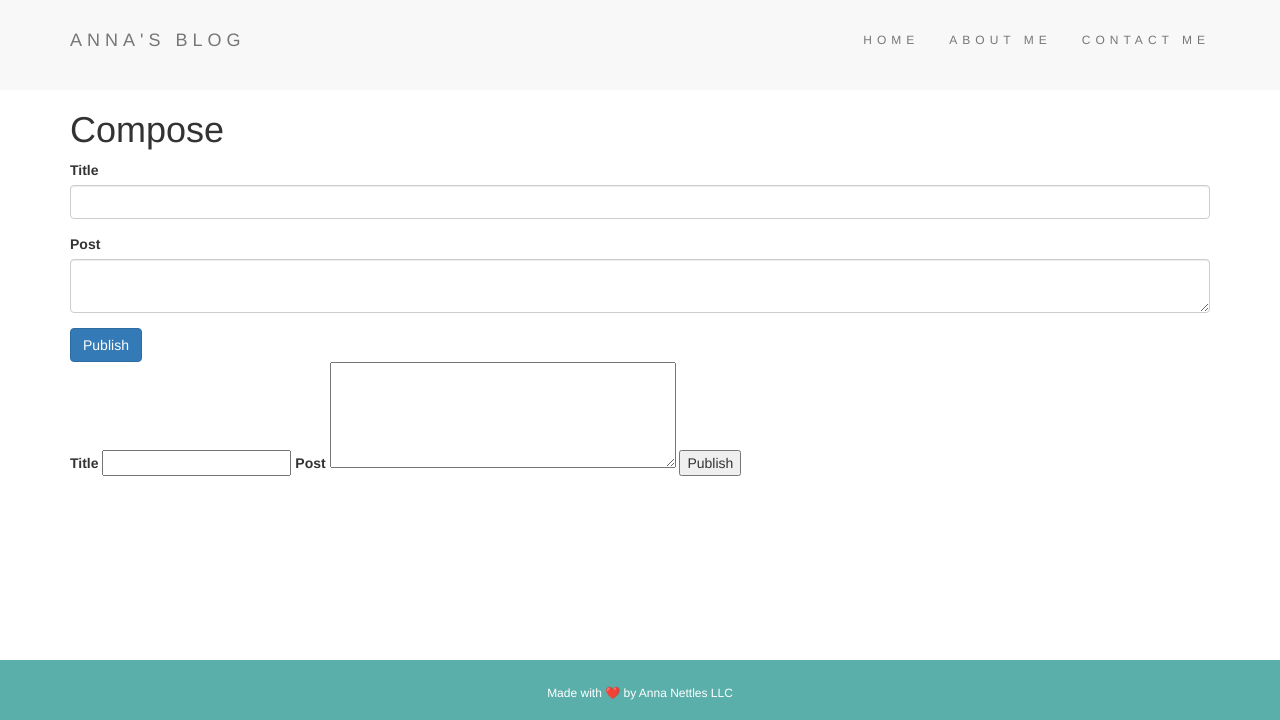
Repository: thecoachanna/blog
Page: http://localhost/compose
These files come from the project's save history. The page is drawn as it stood at one moment and after the next save; the edit follows.
The browser window is 1280 px wide. The pictures show the whole page.
The page is served by the project's Node server (app.js).

Above is the page before, as saved 2023-05-10 07:31:04.

### views/compose.ejs
<%- include("partials/header.ejs") %>

    <h1>Compose</h1>
    <form action="/compose" method="post">
        <div class="form-group">
          <label for="blogTitle">Title</label>
          <input type="text" class="form-control" id="" autocomplete="off">

        </div>
        <div class="form-group">
          <label for="blogPost">Post</label>
          <textarea type="text" class="form-control" id=""></textarea>
        </div>

        <button type="submit" name="button" class="btn btn-primary">Publish</button>
      </form>

        <label for="title">Title</label>
        <input type="text" name="postTitle" autocomplete="off">

        <label for="post">Post</label>
        <textarea type="text" name="post" cols="40" rows="5"></textarea>
        <button type="submit" name="button">Publish</button>


<%- include("partials/footer.ejs") %>

### views/partials/header.ejs
<!DOCTYPE html>
<html lang="en" dir="ltr">

<head>
  <meta charset="utf-8">
  <title>Anna's Blog</title>
  <meta charset="utf-8">
  <link rel="stylesheet" href="https://maxcdn.bootstrapcdn.com/bootstrap/3.3.7/css/bootstrap.min.css">
  <link rel="stylesheet" href="/css/styles.css">
  <nav class="navbar navbar-default">
    <div class="container">
      <div class="navbar-header">
        <p class="navbar-brand">ANNA'S BLOG</p>
      </div>
        <ul class="nav navbar-nav navbar-right">
          <!-- 6 -->
          <li id="home"><a href="/">HOME</a></li>
          <li id="about"><a href="/about">ABOUT ME</a></li>
          <li id="contact"><a href="/contact">CONTACT ME</a></li>
        </ul>
    </div>
  </nav>

  <body>
    <div class="container">

### views/partials/footer.ejs

</div>
<div class="footer-padding"></div>
  <div class="footer">
    <p>Made with ❤️ by Anna Nettles LLC</p>
  </div>
</div>
</body>
</html>

### app.js
//jshint esversion:6

const express = require("express");
const bodyParser = require("body-parser");
const ejs = require("ejs");

const homeStartingContent = "Lacus vel facilisis volutpat est velit egestas dui id ornare. Semper auctor neque vitae tempus quam. Sit amet cursus sit amet dictum sit amet justo. Viverra tellus in hac habitasse. Imperdiet proin fermentum leo vel orci porta. Donec ultrices tincidunt arcu non sodales neque sodales ut. Mattis molestie a iaculis at erat pellentesque adipiscing. Magnis dis parturient montes nascetur ridiculus mus mauris vitae ultricies. Adipiscing elit ut aliquam purus sit amet luctus venenatis lectus. Ultrices vitae auctor eu augue ut lectus arcu bibendum at. Odio euismod lacinia at quis risus sed vulputate odio ut. Cursus mattis molestie a iaculis at erat pellentesque adipiscing.";
const aboutContent = "Hac habitasse platea dictumst vestibulum rhoncus est pellentesque. Dictumst vestibulum rhoncus est pellentesque elit ullamcorper. Non diam phasellus vestibulum lorem sed. Platea dictumst quisque sagittis purus sit. Egestas sed sed risus pretium quam vulputate dignissim suspendisse. Mauris in aliquam sem fringilla. Semper risus in hendrerit gravida rutrum quisque non tellus orci. Amet massa vitae tortor condimentum lacinia quis vel eros. Enim ut tellus elementum sagittis vitae. Mauris ultrices eros in cursus turpis massa tincidunt dui.";
const contactContent = "Scelerisque eleifend donec pretium vulputate sapien. Rhoncus urna neque viverra justo nec ultrices. Arcu dui vivamus arcu felis bibendum. Consectetur adipiscing elit duis tristique. Risus viverra adipiscing at in tellus integer feugiat. Sapien nec sagittis aliquam malesuada bibendum arcu vitae. Consequat interdum varius sit amet mattis. Iaculis nunc sed augue lacus. Interdum posuere lorem ipsum dolor sit amet consectetur adipiscing elit. Pulvinar elementum integer enim neque. Ultrices gravida dictum fusce ut placerat orci nulla. Mauris in aliquam sem fringilla ut morbi tincidunt. Tortor posuere ac ut consequat semper viverra nam libero.";

const app = express();

app.set('view engine', 'ejs');

app.use(bodyParser.urlencoded({extended: true}));
app.use(express.static("public"));

// Home Page
app.get('/', (req, res) => {
  res.render('home', { startingContent: homeStartingContent })
})

// About Page
app.get('/about', (req, res) => {
  res.render('about', { about: aboutContent })
})

// Contact Page
app.get('/contact', (req, res) => {
  res.render('contact', { contact: contactContent })
})

// Compose Page - GET
app.get('/compose', (req, res) => {
  res.render('compose')
})

// Compose Page - POST
app.post('/compose', (req, res) => {
  let newBlog = req.body.blog
  console.log(newBlog)
  res.render('compose')
})











app.listen(3000, function() {
  console.log("Server started on port 3000");
});

### public/css/styles.css
.container-fluid {
    padding-top: 70px;
    padding-bottom: 70px;
}
.navbar {
    padding-top: 15px;
    padding-bottom: 15px;
    border: 0;
    border-radius: 0;
    margin-bottom: 0;
    font-size: 12px;
    letter-spacing: 5px;
}
.navbar-nav  li a:hover {
    color: #5AAFAA !important;
}

.footer-padding {
	padding-bottom: 60px;
}

.footer {
	position: absolute;
	text-align: center;
	bottom: 0;
	width: 100%;
	height: 60px;
	background-color: #5AAFAA;
}

.footer p {
	margin-top: 25px;
	font-size: 12px;
  color: #fff;
}

After the next save:
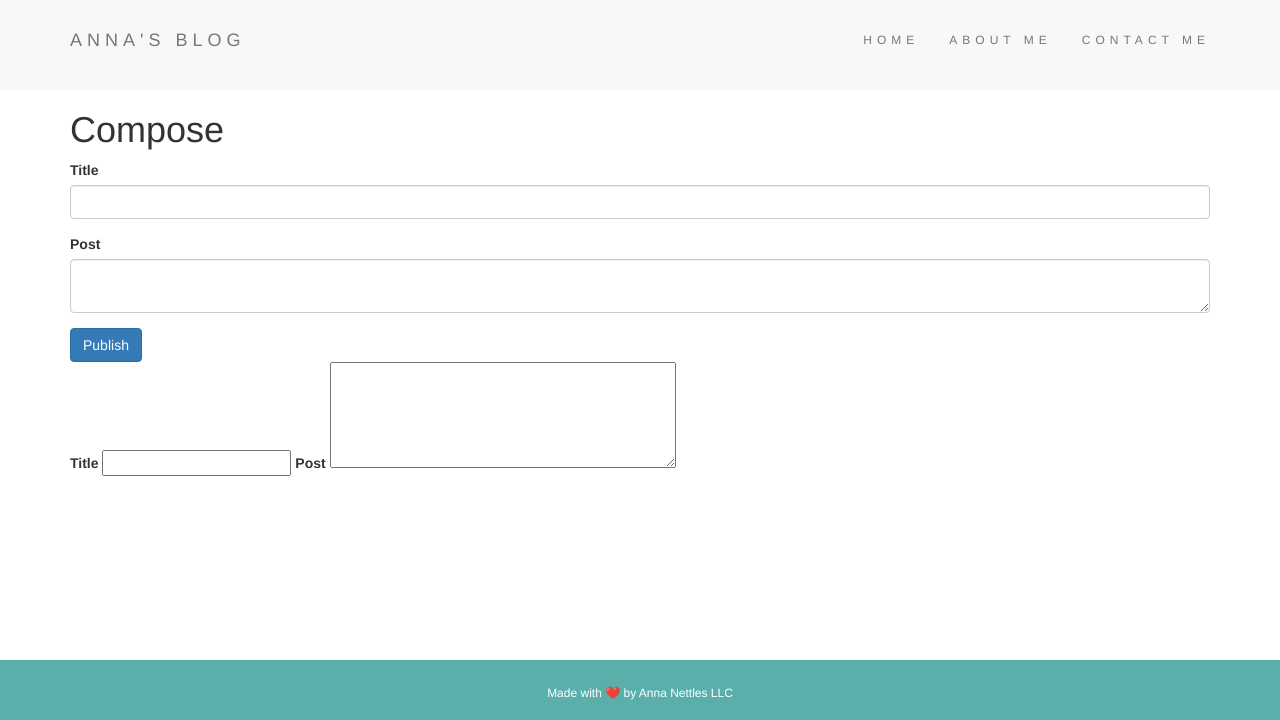
Saved 8 s later.
--- a/views/compose.ejs
+++ b/views/compose.ejs
@@ -20,7 +20,7 @@
 
         <label for="post">Post</label>
         <textarea type="text" name="post" cols="40" rows="5"></textarea>
-        <button type="submit" name="button">Publish</button>
+
 
 
 <%- include("partials/footer.ejs") %>
